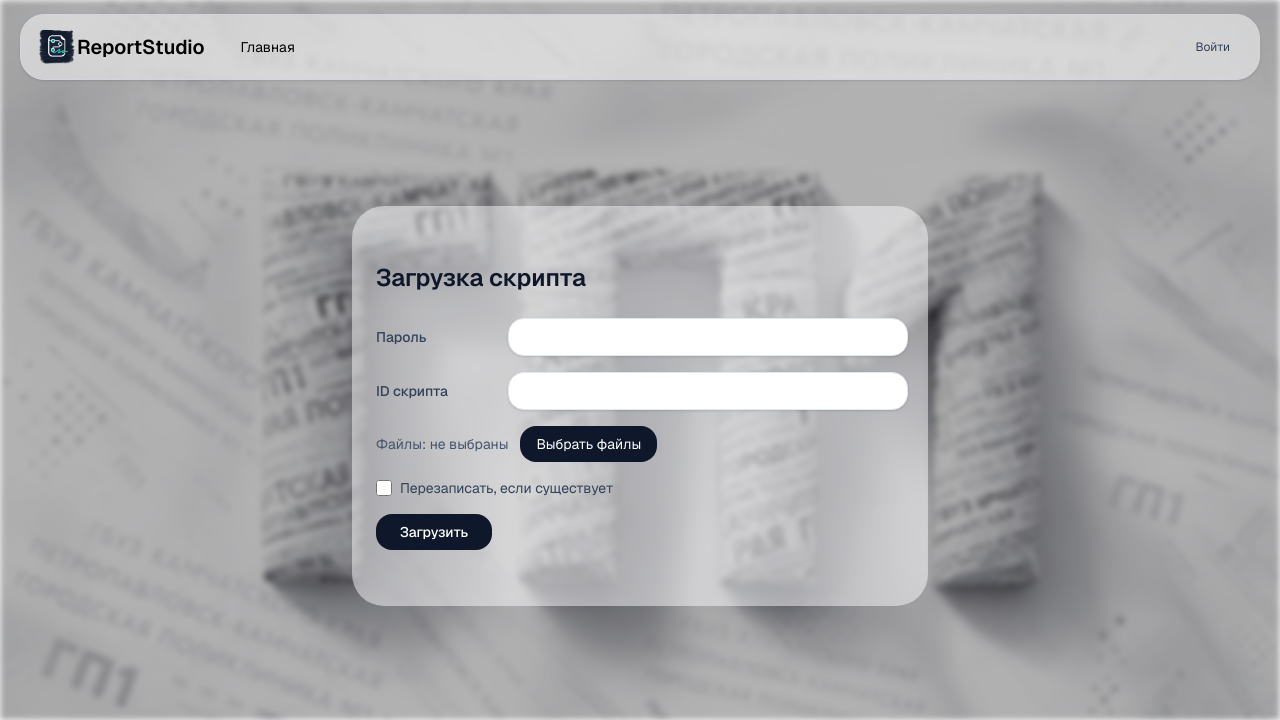
Repository: vladzap2423/report_studio_v2
Page: /load
These files come from the project's save history. The page is drawn as it stood at one moment and after the next save; the edit follows.
The browser window is 1280 px wide. The pictures show the whole page.
The page's requests for data from a server got no answer. The project was rebuilt for these pictures with package versions that can differ from the ones it lists, and the page was loaded fresh each time. The framework's server and built-in components were replaced by stand-ins that run in the browser. No one was signed in, and anything a server would have sent is missing. Also part of the build but not shown: next.config.ts, src/app/components/AppToastViewport.tsx.

Above is the page before, as saved 2026-04-17 09:54:39.

After the next save:
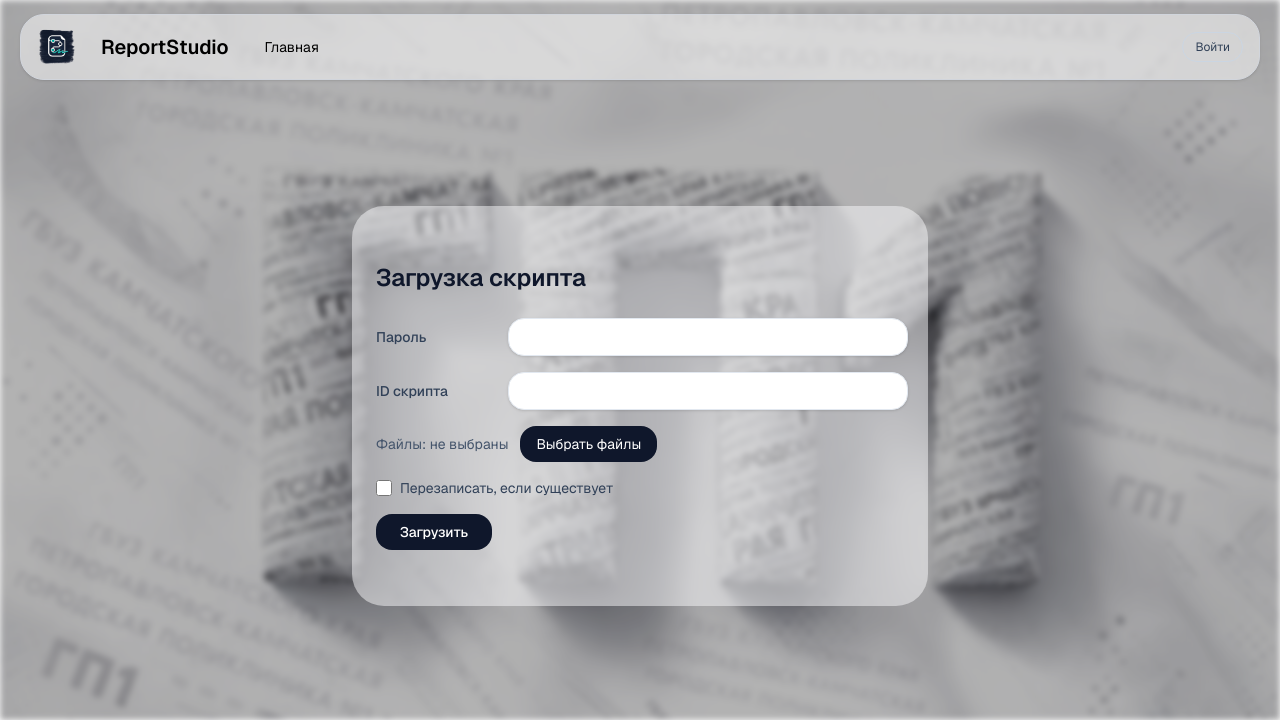
Saved 11 s later.
--- a/src/app/components/Header.tsx
+++ b/src/app/components/Header.tsx
@@ -75,14 +75,14 @@ const Header: React.FC<HeaderProps> = ({ title = "ГП1 Платформа", lin
     <header className="app-header app-frame w-full">
       <div className="flex w-full items-center justify-between rounded-3xl border border-gray-300 bg-white/50 px-4 py-3 shadow-sm">
         <div className="flex items-center space-x-6">
-          <div className="flex shrink-0 items-center">
+
             <img
               src="/icon.png"
               alt=""
               className="h-10 w-10"
             />
             <div className="text-xl font-semibold text-black">{title}</div>
-          </div>
+
 
           <nav className="flex space-x-2">
             {visibleLinks.map((link) => {
